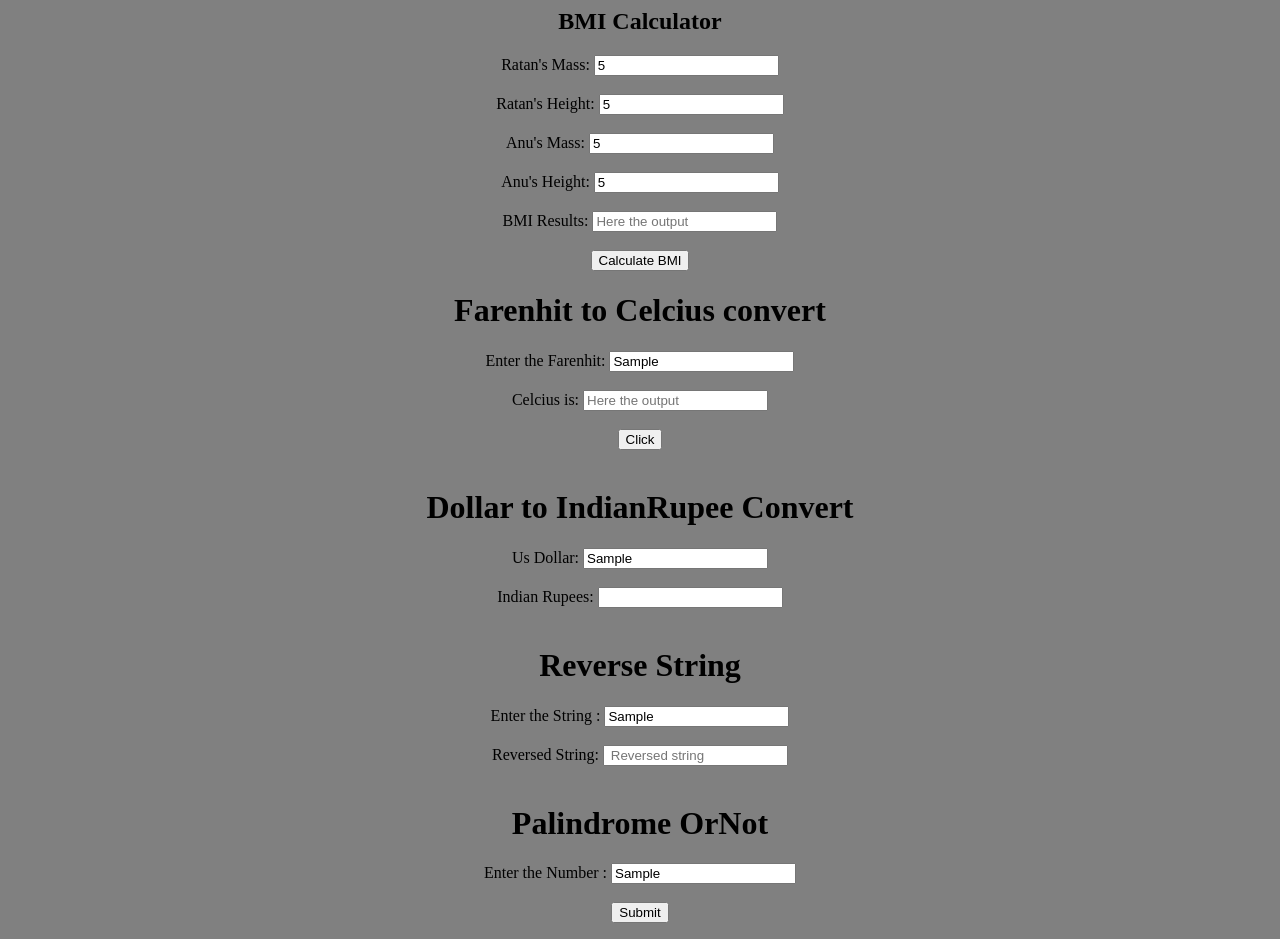
Repository: thatipallyvinod/AdvanceJava
Page: http://localhost/JAVASCRIPT/jsp.html
The author's editor kept a copy of each file at every save. The page is drawn from the files as they stood at one save, then again after the next save.
The browser window is 1280 px wide. The pictures show the whole page.
Empty fields were first filled with sample values (such as "Sample", 5 or name@example.com).
After loading, the first visible `button` was clicked once.
The page is served by Tomcat 9.

Above is the page before, as saved 2024-03-25 08:27:50.
Console error: TypeError: Cannot set properties of null (setting 'innerHTML')

### JAVASCRIPT/src/main/webapp/jsp.html
 <html>
<head>
<title> JavaScript with HTML</title>
<script type="text/javascript" src="First.js"></script>
</head>
<body style="background-color: gray;  text-align: center;">
<h2>BMI Calculator</h2>
<form id="bmiForm">
    <label for="ratanMass">Ratan's Mass:</label>
    <input type="number" id="ratanMass" name="ratanMass"><br><br>

    <label for="ratanHeight">Ratan's Height:</label>
    <input type="number" id="ratanHeight" name="ratanHeight"><br><br>

    <label for="anuMass">Anu's Mass:</label>
    <input type="number" id="anuMass" name="anuMass"><br><br>

    <label for="anuHeight">Anu's Height:</label>
    <input type="number" id="anuHeight" name="anuHeight"><br><br>

<label for="bmiResults">BMI Results:</label>
<input type="text" id="bmiResults" placeholder="Here the output" readonly><br><br>
 <button type="button" onclick="calculateBMI()">Calculate BMI</button>
</form>
</body>
</html>



<html>
<head>
<script type="text/javascript" src="First.js"></script>
</head>
<body style="background-color: gray;  text-align: center;">
<h1>Farenhit to Celcius convert</h1>
<form>
<label>Enter the Farenhit:</label>
<input type= "text"  id="farenhitInput"    placeholder="enter the farenhit" required>
<br><br>
<label>Celcius is:</label>
<input type="text" 	id="celciusOutput"		placeholder="Here the output" readonly>
<br><br>
<button type="button" onClick="convertToCelcius()">Click</button>
<br><br>
</form>
</body>
</html>


 <html>
<head>
<script type="text/javascript" src="First.js"></script>
</head>
<body style="background-color: gray;  text-align: center;">
<h1>Dollar to IndianRupee Convert</h1>
<form >
<label>Us Dollar:</label>
<input type="text" id="dollarInput" placeholder="Enter the Dollar"   onInput="convertToINR()"   required>
<br><br>
<label> Indian Rupees:</label>
<input type="text" id="INRoutput"   readonly>
<br><br>
</form>
</body>
</html>


<html>
<head>
<script type="text/javascript" src="First.js"></script>
</head>
<body style="background-color: fuchsia; text-align: center;">
<h1>Reverse String</h1>
<form>
<label>Enter the String :</label>
<input type="text" id="string1Input" placeholder="Enter the String"    onInput="convertToReverse()"    required>
<br><br>
<label>Reversed String:</label>
<input type="text" id="stringOutput" placeholder=" Reversed string"  readonly>
<br><br>
</form>
</body>
</html>


<html>
<head>
<script type="text/javascript" src="First.js"></script>
</head>
<body style="background-color: fuchsia; text-align: center;">
<h1>Palindrome OrNot</h1>
<form>
<label>Enter the Number :</label>
<input type="text" id="NumberInput" placeholder="Enter the Number"      required>
<br><br>
<button type="button"  onclick="convertToPalindrome()">Submit</button>
</form>
</body>
</html>

### JAVASCRIPT/src/main/webapp/First.js
function calculateBMI() {
        var massRatan = parseInt(document.getElementById("ratanMass").value);
        var heightRatan = parseInt(document.getElementById("ratanHeight").value);
        var massAnu = parseInt(document.getElementById("anuMass").value);
        var heightAnu = parseInt(document.getElementById("anuHeight").value);

        var BMIratan = massRatan / (heightRatan * heightRatan);
        var BMIAnu = massAnu / (heightAnu * heightAnu);

        var resultDiv = document.getElementById("result");
        resultDiv.innerHTML = "BMIRatan: " + BMIratan.toFixed(2) + "<br>";
        resultDiv.innerHTML += "BMIAnu: " + BMIAnu.toFixed(2) + "<br>";

        var RatanHigherBMI = BMIratan > BMIAnu;
        resultDiv.innerHTML += "BMIratan is higher than BMIAnu: " + RatanHigherBMI + "<br>";

        for (let num = 1; num <= 100; num++) {
            if (num % 15 === 0) {
                resultDiv.innerHTML += "FizzBuzz JavaScript: " + num + "<br>";
            } else if (num % 3 === 0) {
                resultDiv.innerHTML += "Fizz: " + num + "<br>";
            } else if (num % 5 === 0) {
                resultDiv.innerHTML += "Buzz: " + num + "<br>";
            } else {
                resultDiv.innerHTML += num + "<br>";
            }
        }
    }

function convertToCelcius()
{
	const farenhit=parseFloat(document.getElementById('farenhitInput').value);
	const celcius= farenhit -32 * 5/9;
	document.getElementById('celciusOutput').value=celcius.toFixed(2);
}



function convertToINR() {
	let rate=82.89;
    const dollar = parseFloat(document.getElementById('dollarInput').value);
    const inr = ( dollar) * rate;
    document.getElementById('INRoutput').value = inr.toFixed(2);
}

function convertToReverse()
{
	const InputString=document.getElementById('string1Input').value;
	const ReversedString=InputString.split('').reverse().join('');
	document.getElementById('stringOutput').value=ReversedString;
}

//Convrting Palindrome
function convertToPalindrome()
{

	const number=parseInt(document.getElementById('NumberInput').value);
	let output=number;
	let rem,rev=0;
	while(output>0){
		rem = output % 10;
		rev = rev * 10 + rem;
		output = Math.floor(output / 10);
		}
	if(number=== rev){
		alert("Palindrome");
	}
	else{
		alert("Not Palindrome");
	}


}

After the next save:
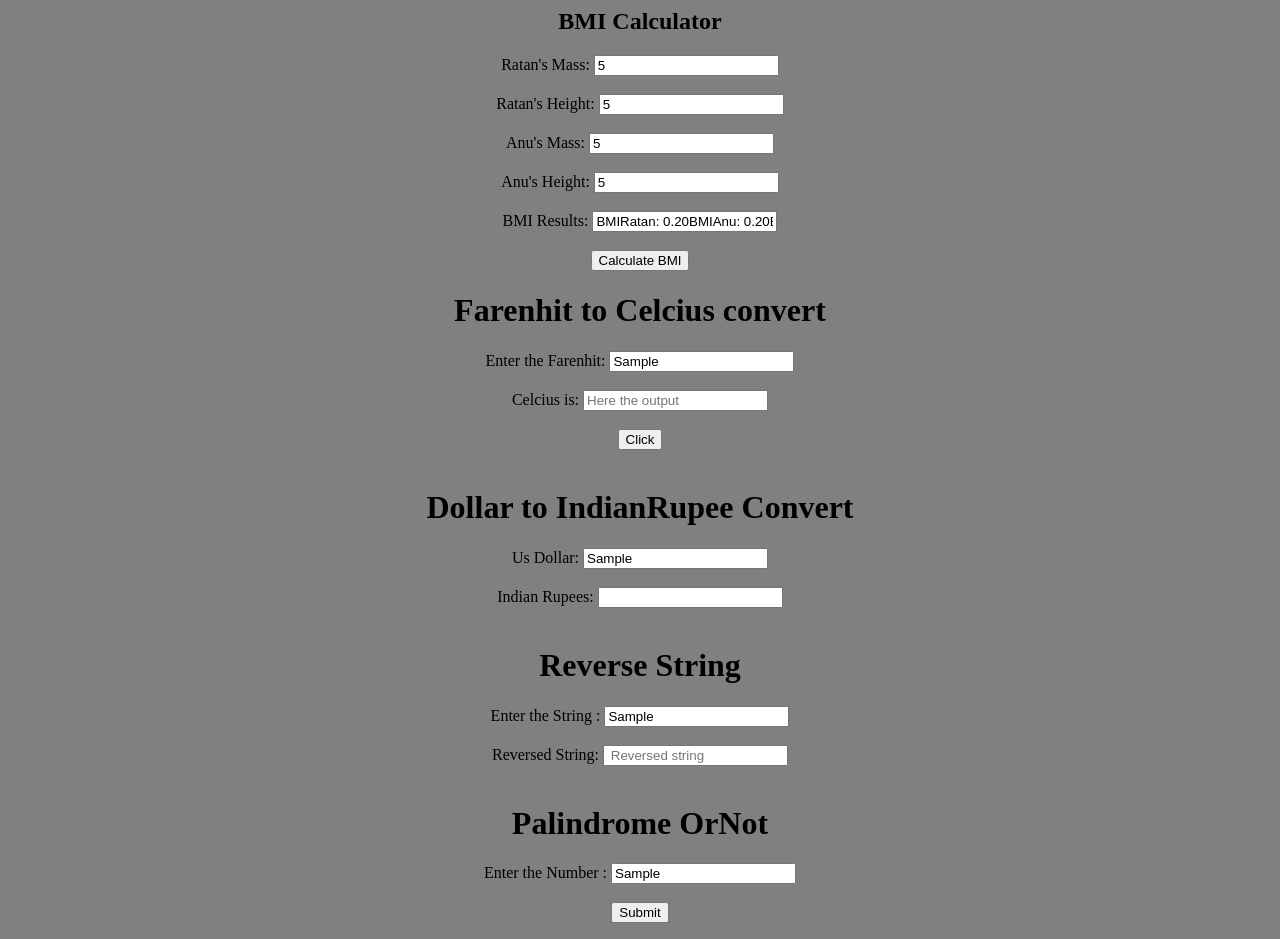
The error is gone.
Saved 81 s later.
--- a/JAVASCRIPT/src/main/webapp/First.js
+++ b/JAVASCRIPT/src/main/webapp/First.js
@@ -1,31 +1,32 @@
 function calculateBMI() {
-        var massRatan = parseInt(document.getElementById("ratanMass").value);
-        var heightRatan = parseInt(document.getElementById("ratanHeight").value);
-        var massAnu = parseInt(document.getElementById("anuMass").value);
-        var heightAnu = parseInt(document.getElementById("anuHeight").value);
+    var massRatan = parseInt(document.getElementById("ratanMass").value);
+    var heightRatan = parseInt(document.getElementById("ratanHeight").value);
+    var massAnu = parseInt(document.getElementById("anuMass").value);
+    var heightAnu = parseInt(document.getElementById("anuHeight").value);
 
-        var BMIratan = massRatan / (heightRatan * heightRatan);
-        var BMIAnu = massAnu / (heightAnu * heightAnu);
+    var BMIratan = massRatan / (heightRatan * heightRatan);
+    var BMIAnu = massAnu / (heightAnu * heightAnu);
 
-        var resultDiv = document.getElementById("result");
-        resultDiv.innerHTML = "BMIRatan: " + BMIratan.toFixed(2) + "<br>";
-        resultDiv.innerHTML += "BMIAnu: " + BMIAnu.toFixed(2) + "<br>";
+    var resultInput = document.getElementById("bmiResults");
+    resultInput.value = "BMIRatan: " + BMIratan.toFixed(2) + "\n";
+    resultInput.value += "BMIAnu: " + BMIAnu.toFixed(2) + "\n";
 
-        var RatanHigherBMI = BMIratan > BMIAnu;
-        resultDiv.innerHTML += "BMIratan is higher than BMIAnu: " + RatanHigherBMI + "<br>";
+    var RatanHigherBMI = BMIratan > BMIAnu;
+    resultInput.value += "BMIratan is higher than BMIAnu: " + RatanHigherBMI + "\n";
 
-        for (let num = 1; num <= 100; num++) {
-            if (num % 15 === 0) {
-                resultDiv.innerHTML += "FizzBuzz JavaScript: " + num + "<br>";
-            } else if (num % 3 === 0) {
-                resultDiv.innerHTML += "Fizz: " + num + "<br>";
-            } else if (num % 5 === 0) {
-                resultDiv.innerHTML += "Buzz: " + num + "<br>";
-            } else {
-                resultDiv.innerHTML += num + "<br>";
-            }
+    resultInput.value += "\nFizzBuzz JavaScript:\n";
+    for (let num = 1; num <= 100; num++) {
+        if (num % 15 === 0) {
+            resultInput.value += "FizzBuzz: " + num + "\n";
+        } else if (num % 3 === 0) {
+            resultInput.value += "Fizz: " + num + "\n";
+        } else if (num % 5 === 0) {
+            resultInput.value += "Buzz: " + num + "\n";
+        } else {
+            resultInput.value += num + "\n";
         }
     }
+}
 
 function convertToCelcius()
 {
